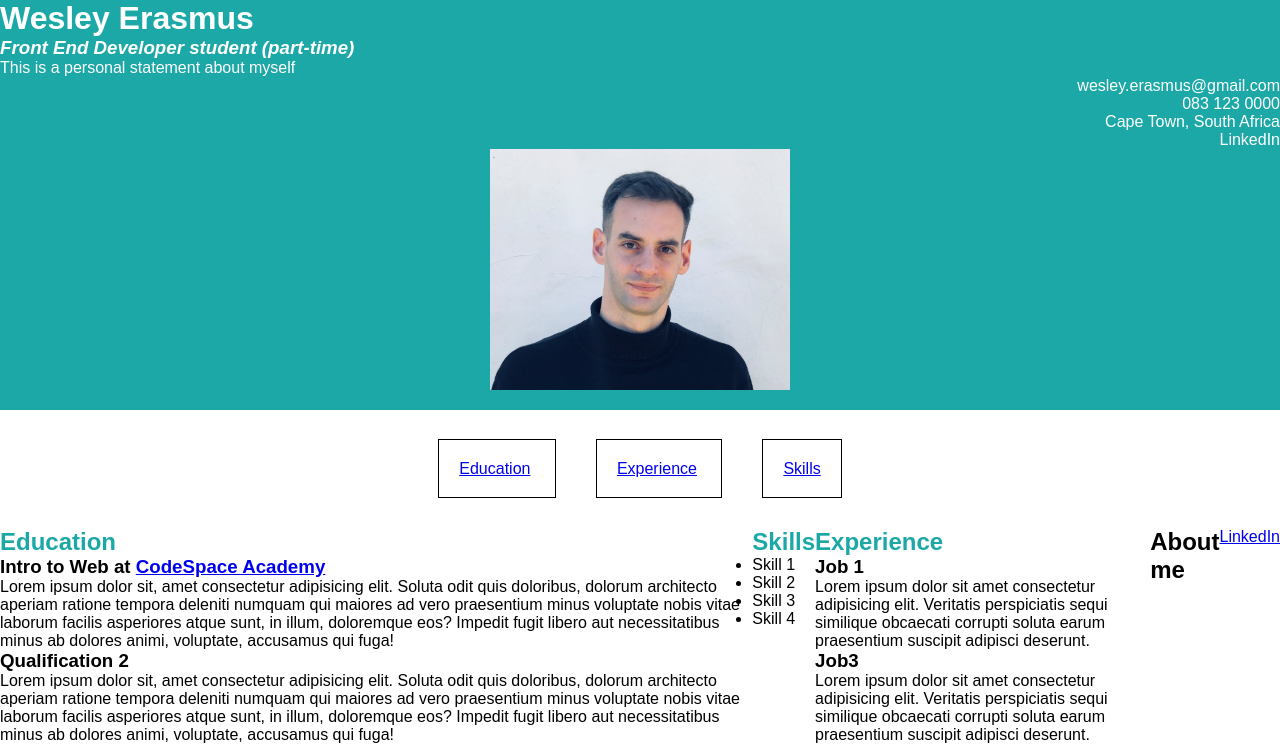
Repository: WesleyErasmus/myDigitalResume
Page: Resume-Projec-3/index.html
An editor plug-in stored every save of this project. The page is shown before and after the next save, followed by the edit.
The browser window is 1280 px wide. The pictures show the whole page.

Above is the page before, as saved 2022-02-12 11:33:06.

After the next save:
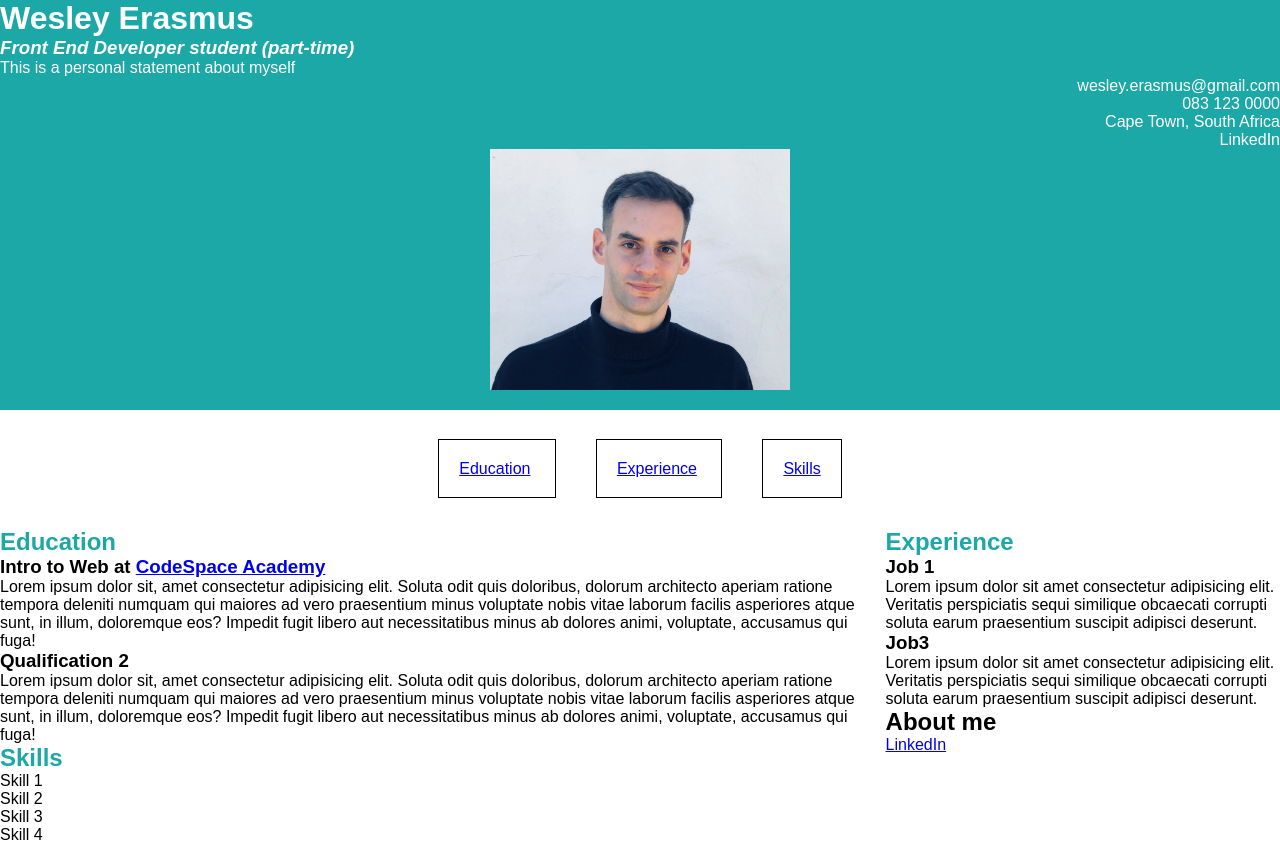
Saved 2 min 51 s later.
--- a/Resume-Projec-3/index.html
+++ b/Resume-Projec-3/index.html
@@ -37,7 +37,7 @@
 
   <main>
 
-    <div class="education">
+    <div class="flex-col-1">
 
       <h2 class="color-headings" id="Education">Education</h2>
 
@@ -54,10 +54,10 @@
         aperiam ratione tempora deleniti numquam qui maiores ad vero praesentium minus voluptate nobis vitae laborum
         facilis asperiores atque sunt, in illum, doloremque eos? Impedit fugit libero aut necessitatibus minus ab
         dolores animi, voluptate, accusamus qui fuga!</p>
-    </div>
 
 
-    <div class="skills">
+
+
       <h2 class="color-headings" id="Skills">Skills</h2>
 
       <ul>
@@ -70,7 +70,7 @@
   </div>
 
 
-    <div class="work-experience">
+    <div class="flex-col-1">
     <h2 class="color-headings" id="Experience">Experience</h2>
     <h3>Job 1</h3>
     <p>Lorem ipsum dolor sit amet consectetur adipisicing elit. Veritatis perspiciatis sequi similique obcaecati
@@ -78,14 +78,16 @@
     <h3>Job3</h3>
     <p>Lorem ipsum dolor sit amet consectetur adipisicing elit. Veritatis perspiciatis sequi similique obcaecati
       corrupti soluta earum praesentium suscipit adipisci deserunt.</p>
-    </div>
 
 
     <h2 class="about-me" >About me</h2>
     <p>
       <a href="https://www.linkedin.com/feed/" target="_blank">LinkedIn</a>
     </p>
+  </div>
+
   </main>
+
 </body>
 
 </html>
